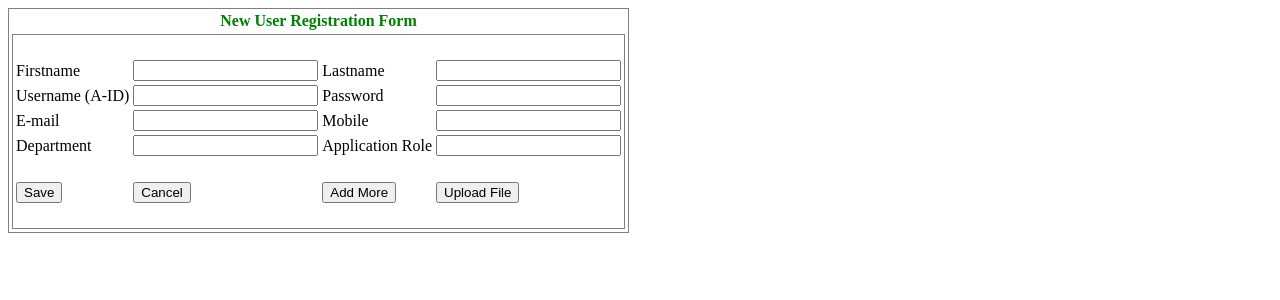
Repository: guribrar/enrolmentapp
Page: http://localhost/enrolmentapp/newuser.jsp
These files come from the project's save history. The page is drawn as it stood at one moment and after the next save; the edit follows.
The browser window is 1280 px wide. The pictures show the whole page.
The page is served by Tomcat 9. Other server files are loaded and not shown.

Above is the page before, as saved 2016-12-31 13:51:13.

### enrolmentapp/WebContent/newuser.jsp
<%@ page language="java" contentType="text/html; charset=ISO-8859-1"
    pageEncoding="ISO-8859-1"%>
<!DOCTYPE html PUBLIC "-//W3C//DTD HTML 4.01 Transitional//EN" "http://www.w3.org/TR/html4/loose.dtd">
<html>
<head>
<meta http-equiv="Content-Type" content="text/html; charset=ISO-8859-1">
<title>New User Registration</title>
</head>
<body>
<table frame="box">
	<tr>
		<th><font color="green">New User Registration Form</font></th>
	</tr>
	<tr>
		<td>
			<form action="UserRegistrationServlet">
			<table frame="box">
				<tr>
					<td>&nbsp;</td>
					<td>&nbsp;</td>
					<td>&nbsp;</td>
					<td>&nbsp;</td>
				</tr>
				<tr>
					<td>Firstname</td>
					<td><input type="text" name="firstname" value="" /></td>
					<td>Lastname</td>
					<td><input type="text" name="lastname" value="" /></td>
				</tr>
				<tr>
					<td>Username (A-ID)</td>
					<td><input type="text" name="username" value="" /></td>
					<td>Password</td>
					<td><input type="password" name="password" value="" /></td>
				</tr>
				<tr>
					<td>E-mail</td>
					<td><input type="text" name="email" value="" /></td>
					<td>Mobile</td>
					<td><input type="text" name="mobile" value="" /></td>
				</tr>
				<tr>
					<td>Department</td>
					<td><input type="text" name="email" value="" /></td>
					<td>Application Role</td>
					<td><input type="text" name="mobile" value="" /></td>
				</tr>
				<tr>
					<td>&nbsp;</td>
					<td>&nbsp;</td>
					<td>&nbsp;</td>
					<td>&nbsp;</td>
				</tr>
				<tr>
					<td><input type="submit" name="save" value="Save"/></td>
					<td><input type="submit" name="Cancel" value="Cancel"/></td>
					<td><input type="submit" name="addmore" value="Add More"/></td>
					<td><input type="submit" name="uploadfile" value="Upload File"/></td>
				</tr>
				<tr>
					<td>&nbsp;</td>
					<td>&nbsp;</td>
					<td>&nbsp;</td>
					<td>&nbsp;</td>
				</tr>
			</table>
			</form>
		</td>
	</tr>
</table>
</body>
</html>

After the next save:
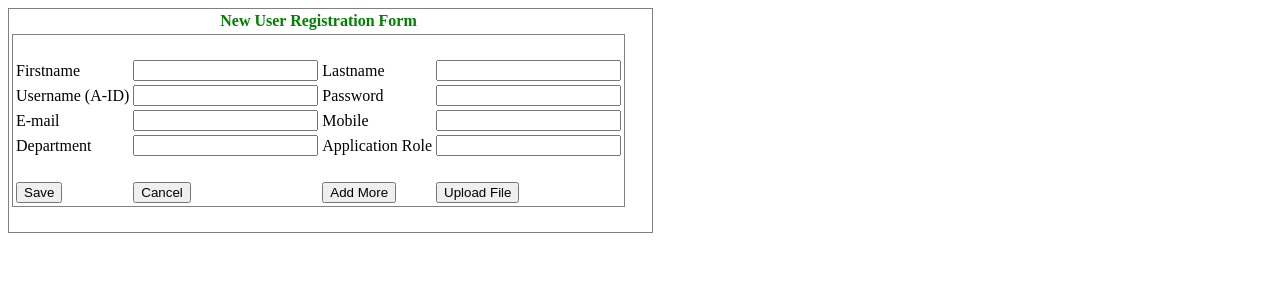
Saved 48 s later.
--- a/enrolmentapp/WebContent/newuser.jsp
+++ b/enrolmentapp/WebContent/newuser.jsp
@@ -57,16 +57,16 @@
 					<td><input type="submit" name="addmore" value="Add More"/></td>
 					<td><input type="submit" name="uploadfile" value="Upload File"/></td>
 				</tr>
-				<tr>
-					<td>&nbsp;</td>
-					<td>&nbsp;</td>
-					<td>&nbsp;</td>
-					<td>&nbsp;</td>
-				</tr>
 			</table>
 			</form>
 		</td>
 	</tr>
+	<tr>
+		<td>&nbsp;</td>
+		<td>&nbsp;</td>
+		<td>&nbsp;</td>
+		<td>&nbsp;</td>
+	</tr>
 </table>
 </body>
 </html>
